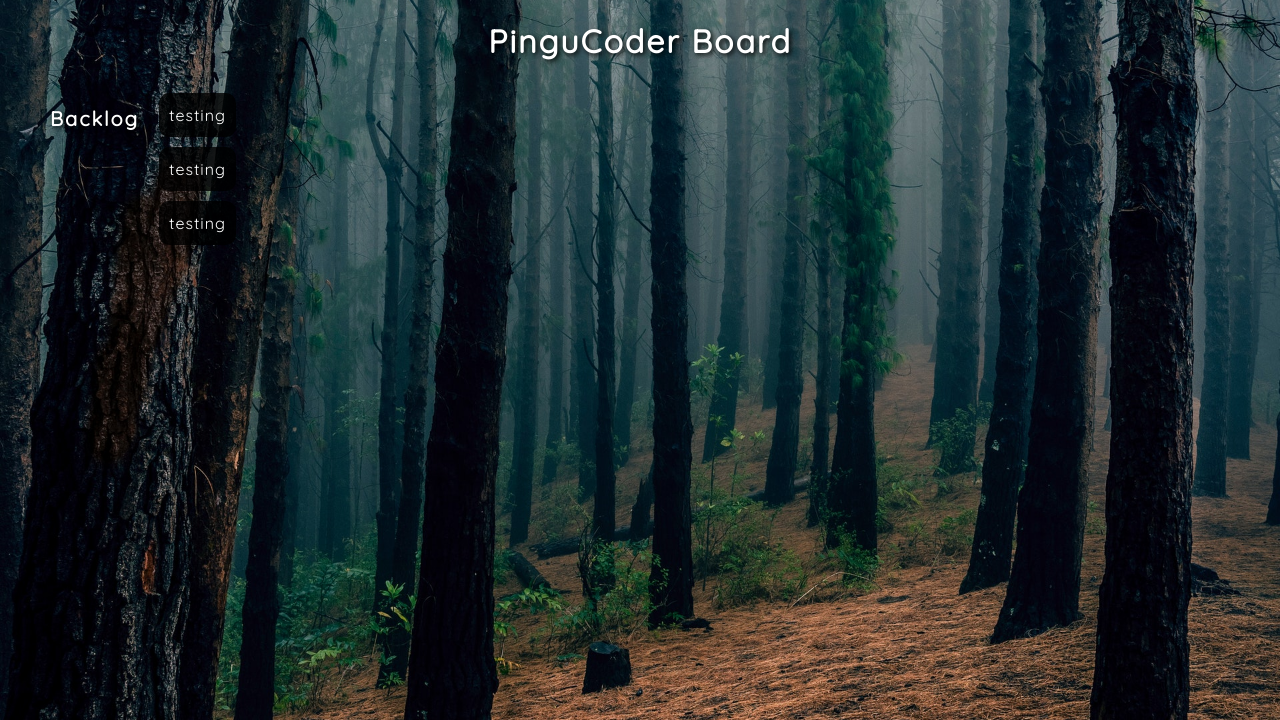
Repository: chanwarichawki/6Drag-And-Drop
Page: index.html
The author's editor kept a copy of each file at every save. The page is drawn from the files as they stood at one save, then again after a run of saves.
The browser window is 1280 px wide. The pictures show the whole page.

Above is the page before, as saved 2023-12-25 18:37:27.

After the next 3 saves:
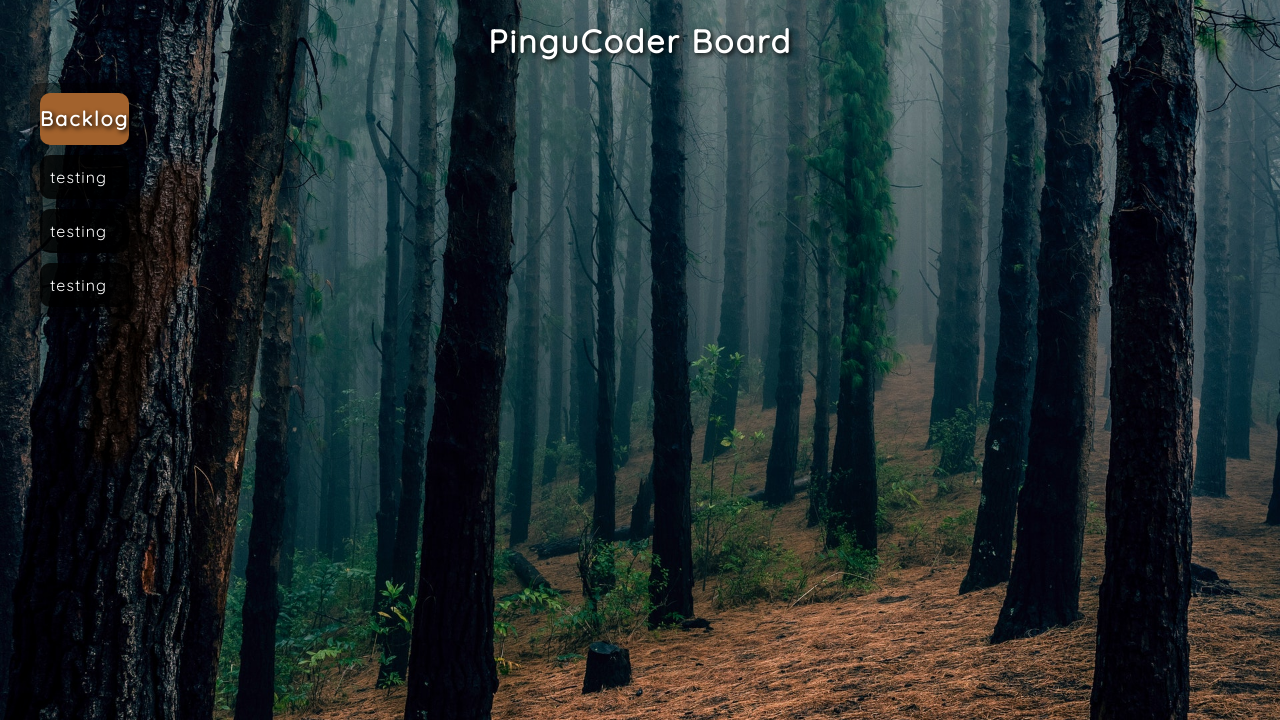
The 3 saves are shown as one change because they came seconds apart.
The last was saved 11 s later.
--- a/index.html
+++ b/index.html
@@ -12,7 +12,7 @@
     <div class="drag-container">
       <ul class="drag-list">
         <!-- backLog column -->
-        <li class="drag-column backlog-column"></li>
+        <li class="drag-column backlog-column">
         <span class="header">
           <h1>Backlog</h1>
         </span>
@@ -24,6 +24,7 @@
             <li class="drag-item">testing</li>
           </ul>
         </div>
+      </li>
 
       </ul>
     </div>
